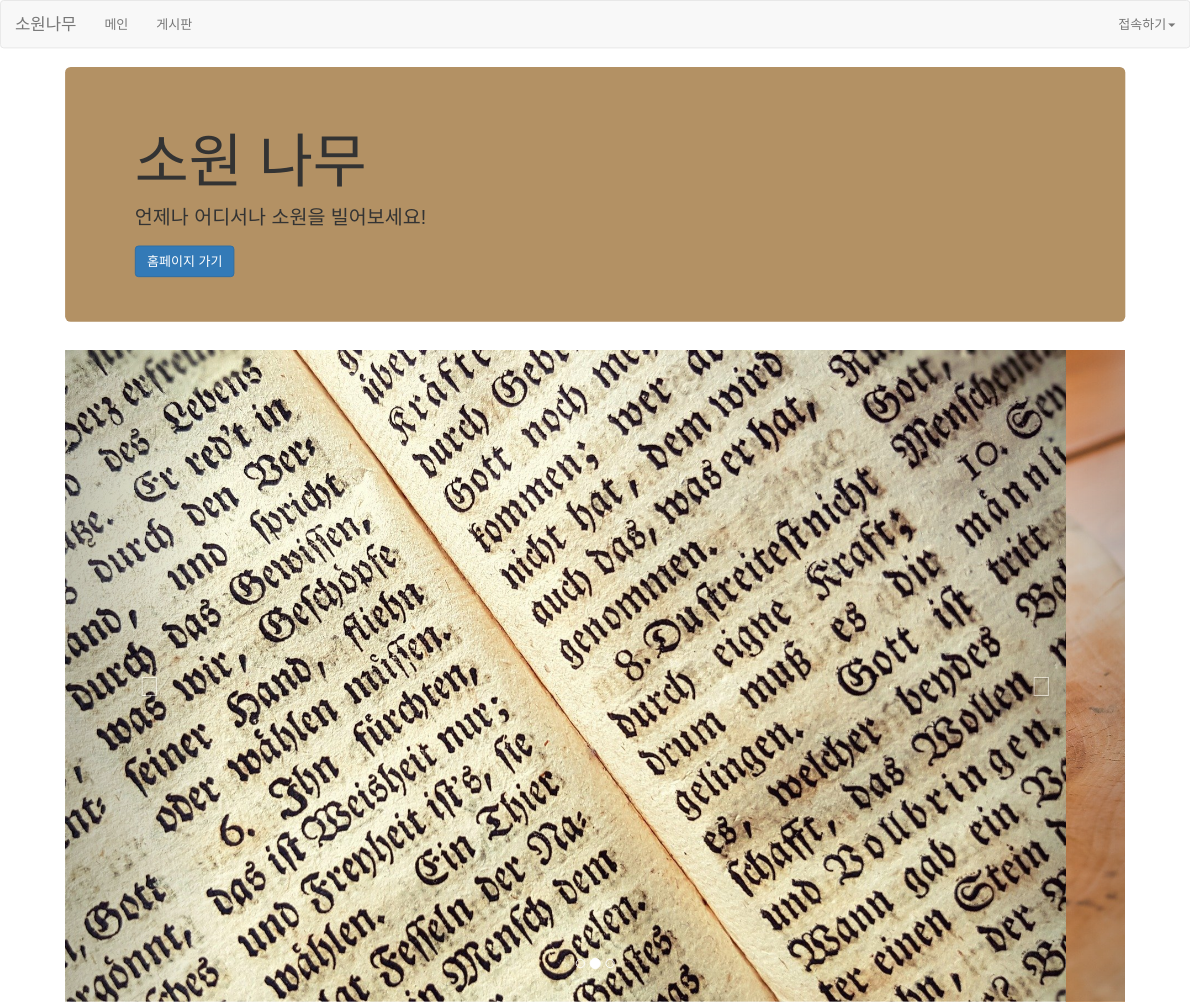
Repository: jongah/WishTree
Page: http://localhost/text/main.jsp
The author's editor kept a copy of each file at every save. The page is drawn from the files as they stood at one save, then again after the next save.
The browser window is 1280 px wide. The pictures show the whole page, at 93% of full size.
Some web fonts or font styles are not loaded; a fallback is used. Some web libraries are served in a nearby version. The page is served by Tomcat 9. Other server files are loaded and not shown.

Above is the page before, as saved 2021-05-05 14:42:58.

### text/WebContent/main.jsp
<%@ page language="java" contentType="text/html; charset=UTF-8"
	pageEncoding="UTF-8"%>
<!DOCTYPE html>
<html>
<head>
<meta charset="UTF-8">
<meta name="viewport" content="width=device-width" initial-scale="1" />
<link rel="stylesheet" href="css/bootstrap.css">
<link rel="stylesheet" href="css/custom.css">
<title>소원나무</title>
</head>
<body>
	<%
		String userID = null;
		// 로그인이 되어있으면 세션에 값이 있을 것이다.
		if (session.getAttribute("userID") != null) {
			userID = (String) session.getAttribute("userID");
		}
	%>
	<nav class="navbar navbar-default">
		<div class="navbar-header">
			<button type="button" class="navbar-toggle collapsed"
				data-toggle="collapse" data-target="#bs-example-navbar-collapse-1"
				aria-expanded="false">
				<span class="icon-bar"></span> <span class="icon-bar"></span> <span
					class="icon-bar"></span>
			</button>
			<a href="main.jsp" class="navbar-brand">소원나무</a>
		</div>
		<div class="collapse navbar-collapse"
			id="bs-example-navbar-collapse-1">
			<ul class="nav navbar-nav">
				<li><a href="main.jsp">메인</a></li>
				<li><a href="bbs.jsp">게시판</a></li>
			</ul>
			<%
				if (userID == null) {
			%>
			<ul class="nav navbar-nav navbar-right">
				<li class="dropdown"><a href="#" class="dropdown-toggle"
					data-toggle="dropdown" role="button" aria-haspopup="true"
					aria-expanded="false">접속하기<span class="caret"></span></a>
					<ul class="dropdown-menu">
						<li><a href="login.jsp">로그인</a></li>
						<li><a href="join.jsp">회원가입</a></li>
					</ul></li>
			</ul>
			<%
				} else {
			%>
			<ul class="nav navbar-nav navbar-right">
				<li class="dropdown"><a href="#" class="dropdown-toggle"
					data-toggle="dropdown" role="button" aria-haspopup="true"
					aria-expanded="false">회원관리<span class="caret"></span></a>
					<ul class="dropdown-menu">
						<li><a href="logoutAction.jsp">로그아웃</a></li>
					</ul></li>
			</ul>
			<%
				}
			%>
		</div>
	</nav>

	<div class="container">
		<div class="jumbotron">
			<div class="container">
				<h1>소원 나무</h1>
				<p>언제나 어디서나 소원을 빌어보세요!</p>
				<a href="https://www.e-mirim.hs.kr/main.do" class="btn btn-primary btn-pull" role="button">홈페이지 가기</a>
			</div>
		</div>
	</div>

	<div class="container">
		<div id="myCarousel" class="carousel slide" data-ride="carousel">
			<ol class="carousel-indicators">
				<li data-target="#myCarousel" data-slide-to="0" class="active"></li>
				<li data-target="#myCarousel" data-slide-to="1"></li>
				<li data-target="#myCarousel" data-slide-to="2"></li>
			</ol>
			<div class="carousel-inner">
				<div class="item active">
					<img src="images/book.jpg">
				</div>
				<div class="item">
					<img src="images/coffee.jpg">
				</div>
				<div class="item">
					<img src="images/letters.jpg">
				</div>
			</div>
			<a href="#myCarousel" class="left carousel-control" data-slide="prev">
				<span class="glyphicon-chevron-left"></span>
			</a>
			<a href="#myCarousel" class="right carousel-control" data-slide="next">
				<span class="glyphicon-chevron-right"></span>
			</a>
		</div>
	</div>


	<script src="https://code.jquery.com/jquery-3.1.1.min.js"></script>
	<script src="js/bootstrap.js"></script>
</body>
</html>

### text/WebContent/css/custom.css
@import url('https://fonts.googleapis.com/css2?family=Nanum+Gothic&display=swap');
@import url(//fonts.googleapis.com/earlyaccess/hanna.css);

*{
	font-family : 'Nanum Gothic', sans-serif;
}
h1{
	font-family : 'Hanna', sans-serif;
}
.jumbotron{
	background-color: #b39164;
}

Loaded but not shown: text/WebContent/css/bootstrap.css (library); text/WebContent/js/bootstrap.js (library)

After the next save:
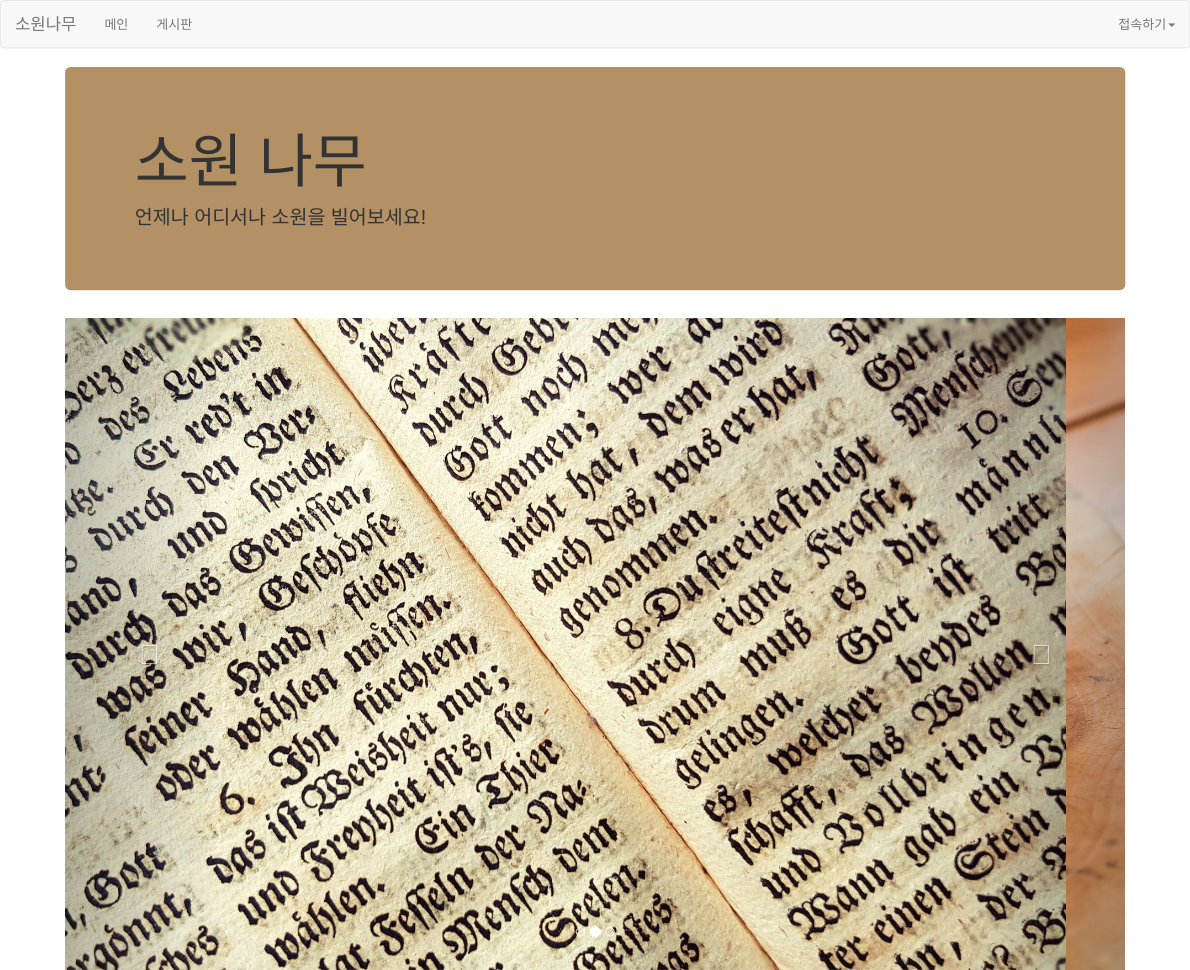
Saved 23 s later.
--- a/text/WebContent/main.jsp
+++ b/text/WebContent/main.jsp
@@ -67,7 +67,6 @@
 			<div class="container">
 				<h1>소원 나무</h1>
 				<p>언제나 어디서나 소원을 빌어보세요!</p>
-				<a href="https://www.e-mirim.hs.kr/main.do" class="btn btn-primary btn-pull" role="button">홈페이지 가기</a>
 			</div>
 		</div>
 	</div>
